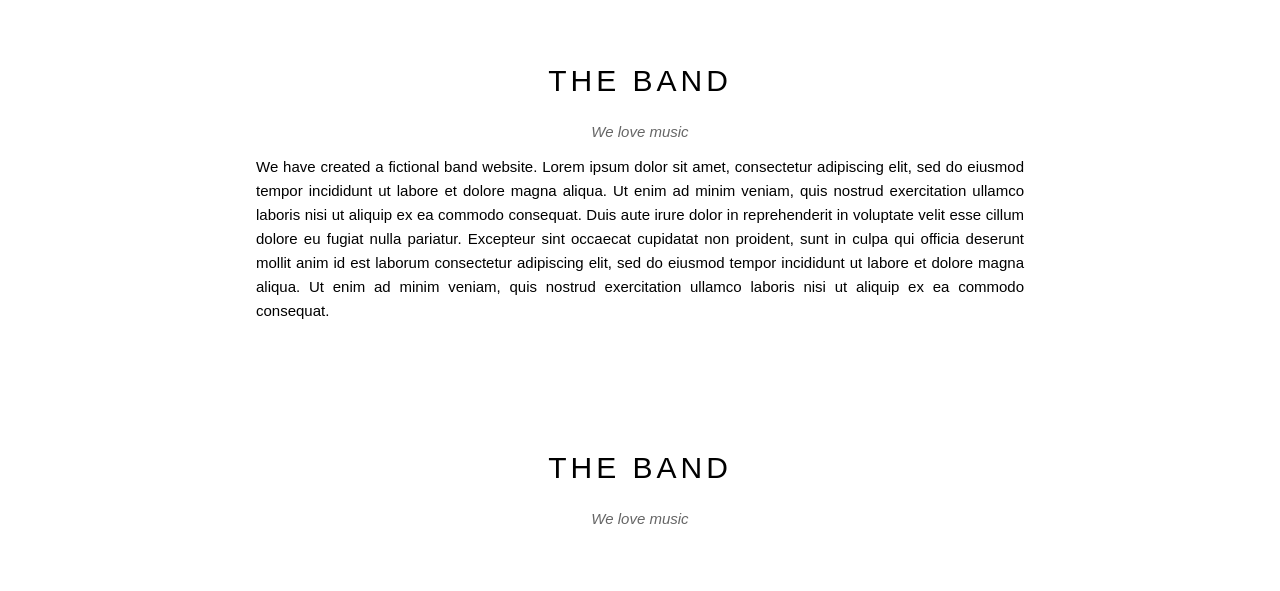
Repository: Ducspdn/WeTheBandF8
Page: w3_band/index.html
The author's editor kept a copy of each file at every save. The page is drawn from the files as they stood at one save, then again after the next save.
The browser window is 1280 px wide. The pictures show the part of the page from y = 686 to 1481 px (the page is 1277 px tall before and 1481 px after).
Some icons come from a web library that is not loaded, so they are not drawn.

Above is the page before, as saved 2023-01-18 12:34:56.

After the next save:
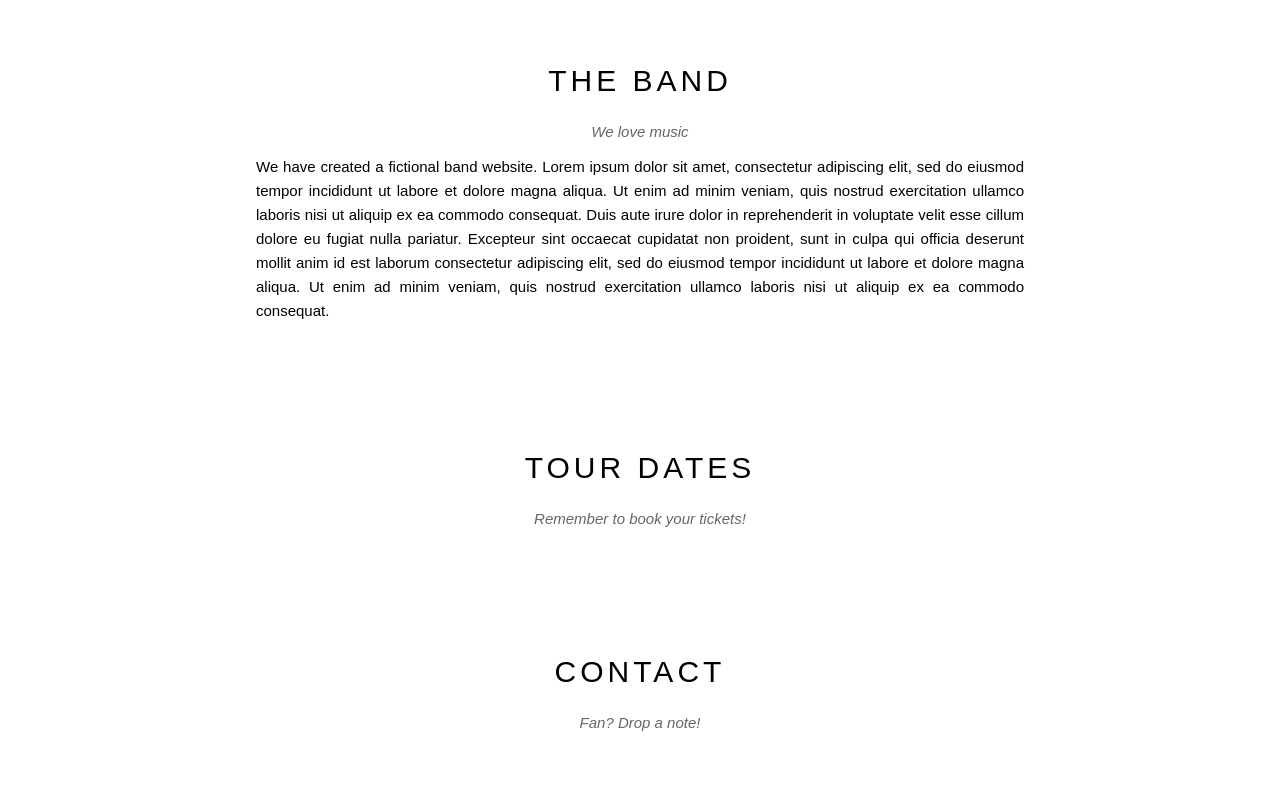
Saved 94 s later.
--- a/w3_band/index.html
+++ b/w3_band/index.html
@@ -49,10 +49,14 @@
 
             </div>
             <div class="content-section">
-                <h2 class="section-heading">THE BAND</h2>
-                <p class="section-sub-heading"><i>We love music</i></p>
+                <h2 class="section-heading">TOUR DATES</h2>
+                <p class="section-sub-heading"><i>Remember to book your tickets!
+                </i></p>
             </div>
-
+            <div class="content-section">
+                <h2 class="section-heading">CONTACT</h2>
+                <p class="section-sub-heading"><i>Fan? Drop a note!</i></p>
+            </div>
         </div>
         <div id="footer">
 
